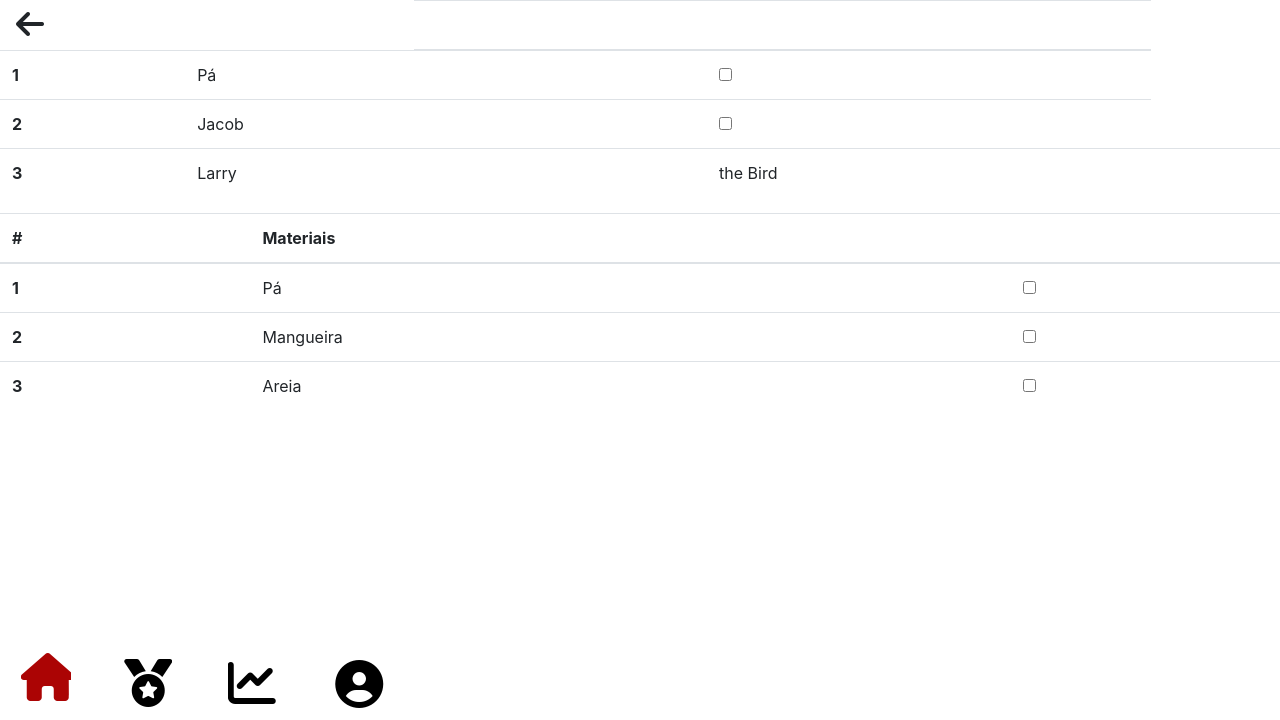
Repository: grupodetrabalhoeficiente/D213
Page: D213/Frontend/ConfirmarMateriais.html
The author's editor kept a record of every edit. The page is drawn from the files as they stood at one moment, then again after the next edit.
The browser window is 1280 px wide. The pictures show the whole page.
Some web libraries are served in a nearby version.

Above is the page before.

### D213/Frontend/ConfirmarMateriais.html
<!DOCTYPE html>
<html>
    <head>
        <meta charset="utf-8">
    <meta name="viewport" content="width=device-width, initial-scale=1, maximum-scale=1, user-scalable=no">
    <link href="https://fonts.googleapis.com/css?family=Inter&display=swap" rel="stylesheet" />
    <link href="https://fonts.googleapis.com/css?family=Roboto&display=swap" rel="stylesheet" />
    <link href="./ConfirmarMateriais.css" rel="stylesheet" />
    <link rel="stylesheet" href="https://cdn.jsdelivr.net/npm/bootstrap@4.5.3/dist/css/bootstrap.min.css" integrity="sha384-TX8t27EcRE3e/ihU7zmQxVncDAy5uIKz4rEkgIXeMed4M0jlfIDPvg6uqKI2xXr2" crossorigin="anonymous">
    <script src="https://kit.fontawesome.com/e195162fd2.js" crossorigin="anonymous"></script>
    <title>Secure4All</title>
    </head>
    <body>
        <!--navbar-->
    <nav class="navbar fixed-top">
        <a><i id="goBack"class="fas fa-arrow-left fa-2x"></i></a>
        <span class="title"></span>
    </nav>
    <!--tabela-->
    <table class="table">
  <thead>
    <tr>
      <th scope="col">#</th>
      <th scope="col">Materiais</th>
      <th scope="col"></th>
    </tr>
  </thead>
  <tbody>
    <tr>
      <th scope="row">1</th>
      <td>Pá</td>
      <td>
          <input type="checkbox" class="MaterialCheck"/>
      </td>
    </tr>
    <tr>
      <th scope="row">2</th>
      <td>Jacob</td>
      <td>
        <input type="checkbox" class="MaterialCheck"/>
      </td>
    </tr>
    <tr>
      <th scope="row">3</th>
      <td>Larry</td>
      <td>the Bird</td>
      <td>

      </td>
    </tr>
  </tbody>
</table>
    </body>
</html><!DOCTYPE html>
<html>
    <head>
        <meta charset="utf-8">
    <meta name="viewport" content="width=device-width, initial-scale=1, maximum-scale=1, user-scalable=no">
    <link href="https://fonts.googleapis.com/css?family=Inter&display=swap" rel="stylesheet" />
    <link href="https://fonts.googleapis.com/css?family=Roboto&display=swap" rel="stylesheet" />
    <link href="./ConfirmarMateriais.css" rel="stylesheet" />
    <link rel="stylesheet" href="https://cdn.jsdelivr.net/npm/bootstrap@4.5.3/dist/css/bootstrap.min.css" integrity="sha384-TX8t27EcRE3e/ihU7zmQxVncDAy5uIKz4rEkgIXeMed4M0jlfIDPvg6uqKI2xXr2" crossorigin="anonymous">
    <script src="https://kit.fontawesome.com/e195162fd2.js" crossorigin="anonymous"></script>
    <title>Secure4All</title>
    </head>
    <body>
        <!--navbar-->
    <nav class="navbar fixed-top">
        <a><i id="goBack"class="fas fa-arrow-left fa-2x"></i></a>
        <span class="title"></span>
    </nav>
    <!--tabela-->
    <table class="table">
  <thead>
    <tr>
      <th scope="col">#</th>
      <th scope="col">Materiais</th>
      <th scope="col"></th>
    </tr>
  </thead>
  <tbody>
    <tr>
      <th scope="row">1</th>
      <td>Pá</td>
      <td>
          <input type="checkbox" class="MaterialCheck"/>
      </td>
    </tr>
    <tr>
      <th scope="row">2</th>
      <td>Mangueira</td>
      <td>
        <input type="checkbox" class="MaterialCheck"/>
      </td>
    </tr>
    <tr>
      <th scope="row">3</th>
      <td>Areia</td>
      <td>
         <input type="checkbox" class="MaterialCheck"/>
      </td>
    </tr>
  </tbody>
</table>
<!--MENUBAR-->
<nav class="menubar fixed-bottom">
            <ul class="nav navbar-nav">
                <li><a href="MenuPrincipal.html"><i class="fa fa-home fa-3x"></i></a></li>
                <li><a href="Ranks.html"><i class="fa fa-medal fa-3x"></i></a></li>
                <li><a href="#"><i class="fa fa-chart-line fa-3x"></i></a></li>
                <li><a href="Perfil.html"><i class="fas fa-user-circle fa-3x"></i></a></li>
            </ul>
        </nav>
    </body>
</html>

### D213/Frontend/ConfirmarMateriais.css
.screen {
  width:100%;
  height:100%;
  max-width: 414px;
  max-height: 736px;
  background: rgba(255,255,255,1);
  opacity: 1;
  position: absolute;
  overflow: hidden;
  z-index:-1;
}
/*NAVBAR*/
.navbar{
  width: 100%;
  max-width:414px;
  background-color: rgba(255,255,255,1);
  z-index:3;
  text-align:center;
  overflow: hidden;

}
.title {
  color: rgba(0,0,0,1);
  width: 100%;
  right: 2%;
  font-family: Roboto;
  font-weight:Bolder;
  font-size: 20px;
  opacity: 1;
  text-align: center;
  z-index:1;
  position:absolute;

}
/*TABELA*/
.TabelaDiv{
    position: relative;
    width: 90%;
    height: 6%;
    top: 10%;
    display: block;
    margin-left: auto;
    margin-right: auto;
    text-align: center;
}
/* botao confirmar*/
.SubmeterClass{
    height:100%;
    width:100%;
    max-width:288px;
    max-height:64px;
    border-top-left-radius: 100px;
    border-top-right-radius: 100px;
    border-bottom-left-radius: 100px;
    border-bottom-right-radius: 100px;
    position:absolute;
    top:600px;
    left:58px;
    background-color:#AB0404;
    color:white;
}
/*Menubar*/
.menubar{
  width:100%;
  max-width:414px;
  background-color: rgba(255,255,255,1);
  z-index:1;
  float: center;
  overflow: hidden;
  height:67px;
  max-height:100%;
  display:block;
}
.menubar i:hover {  /* para brincar um bocado */
  color:rgba(171,4,4,1);
}
.fa-home {
  max-width: 50px;
  max-height: 50px;
  color: rgba(171,4,4,1);
  background-repeat: no-repeat;
  background-size: cover;
  opacity: 1;
  position: relative;
  top: 10%;
  left:5%;
  overflow: hidden;
  z-index:2;
}
.fa-medal {
  max-width: 50px;
  max-height: 50px;
  color: rgba(0,0,0,1);
  background-repeat: no-repeat;
  background-size: cover;
  opacity: 1;
  position: absolute;
  bottom: 20%;
  left: 30%;
  overflow: hidden;
  z-index:2;
}
.fa-chart-line {
  max-width: 50px;
  max-height: 50px;
  color: rgba(0,0,0,1);
  background-repeat: no-repeat;
  background-position: center center;
  background-size: cover;
  opacity: 1;
  position: absolute;
  bottom: 20%;
  left: 55%;
  overflow: hidden;
  z-index:2;
}
.fa-user-circle {
  max-width: 50px;
  max-height: 50px;
  color: rgba(0,0,0,1);
  opacity: 1;
  position: absolute;
  top: 5%;
  left: 80%;
  border: 4px solid rgba(89,11,11,0);
  /*box-shadow: 0px 4px 20px rgba(0.3958333432674408, 0.3958333432674408, 0.3958333432674408, 0.15000000596046448);*/
  z-index:2;
}

After the next edit:
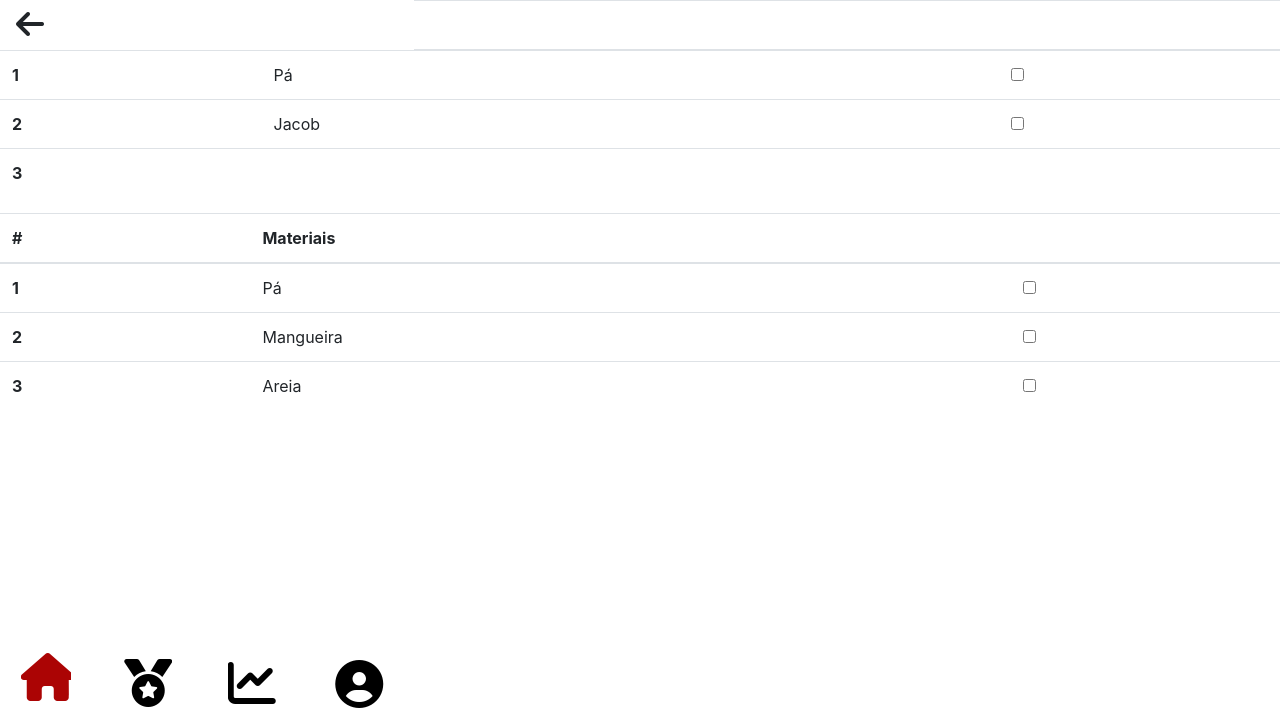
The edit:
--- a/D213/Frontend/ConfirmarMateriais.html
+++ b/D213/Frontend/ConfirmarMateriais.html
@@ -42,8 +42,7 @@
     </tr>
     <tr>
       <th scope="row">3</th>
-      <td>Larry</td>
-      <td>the Bird</td>
+      <td></td>
       <td>
 
       </td>
